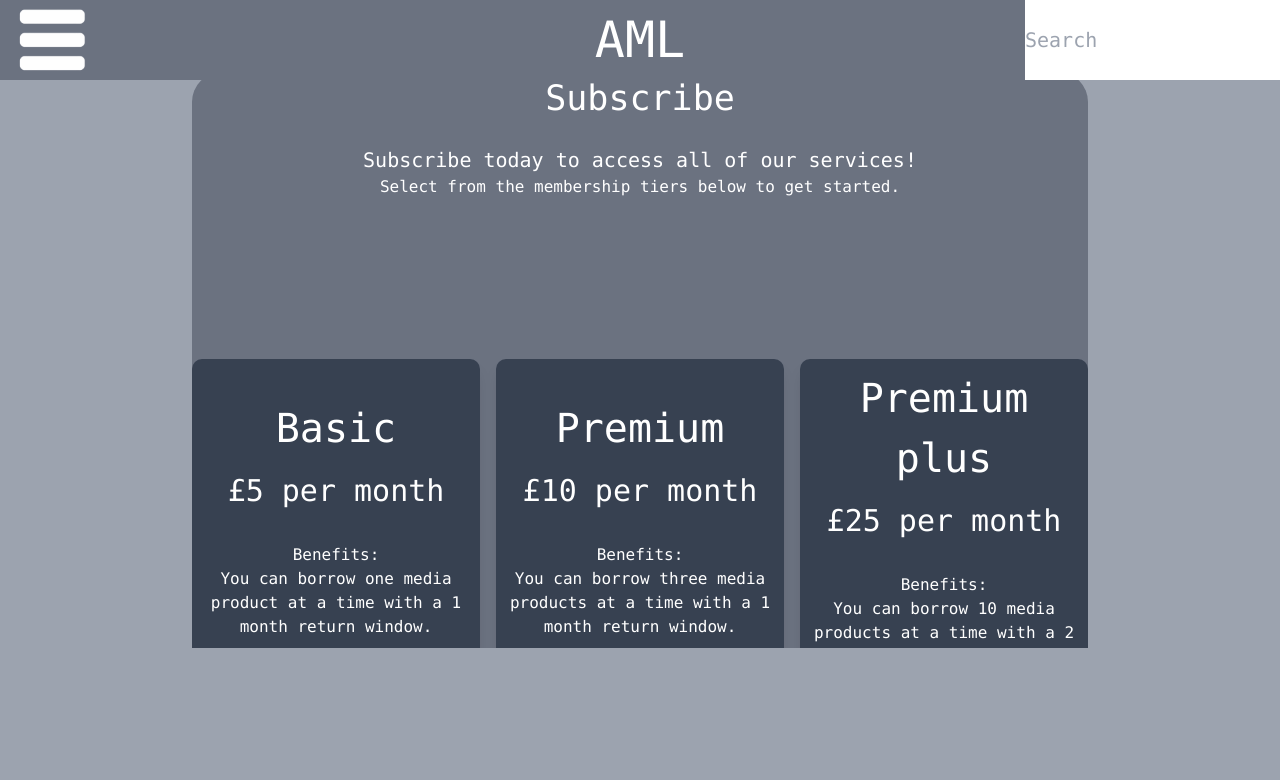
Repository: DuyKhanhDo/AML-Concept
Page: http://localhost/subscribe
The author's editor kept a copy of each file at every save. The page is drawn from the files as they stood at one save, then again after the next save.
The browser window is 1280 px wide. The pictures show the whole page.
Some web libraries are served in a nearby version. The page is served by the project's Laravel application, run on PHP 8.4 with Laravel 12. A made-up administrator, Test User (test@example.com), is signed in.

Above is the page before, as saved 2024-11-11 14:10:32.

After the next save:
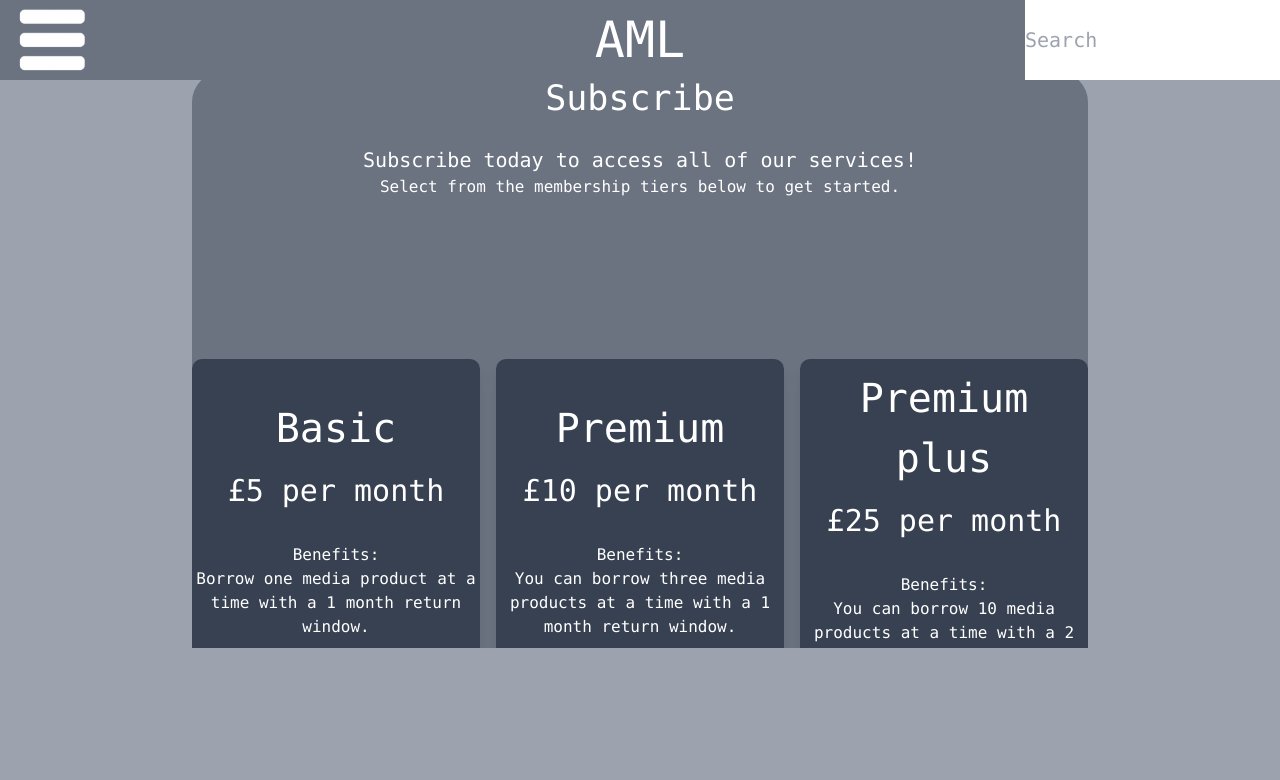
Saved 15 s later.
--- a/resources/views/subscribe.blade.php
+++ b/resources/views/subscribe.blade.php
@@ -6,7 +6,7 @@
                 <h3 class="text-[20px] mt-[20px]">Subscribe today to access all of our services!</h3>
                 <h5>Select from the membership tiers below to get started.</h5>
                 <div class="flex overflow-x-auto w-full space-x-4 justify-center">
-                    <x-subscription-tier tier='Basic' price='£5' benefits='You can borrow one media product at a time with a 1 month return window.'></x-subscription-tier>
+                    <x-subscription-tier tier='Basic' price='£5' benefits='Borrow one media product at a time with a 1 month return window.'></x-subscription-tier>
                     <x-subscription-tier tier='Premium' price='£10' benefits='You can borrow three media products at a time with a 1 month return window.'></x-subscription-tier>
                     <x-subscription-tier tier='Premium plus' price='£25' benefits='You can borrow 10 media products at a time with a 2 month return window.'></x-subscription-tier>
                 </div>
